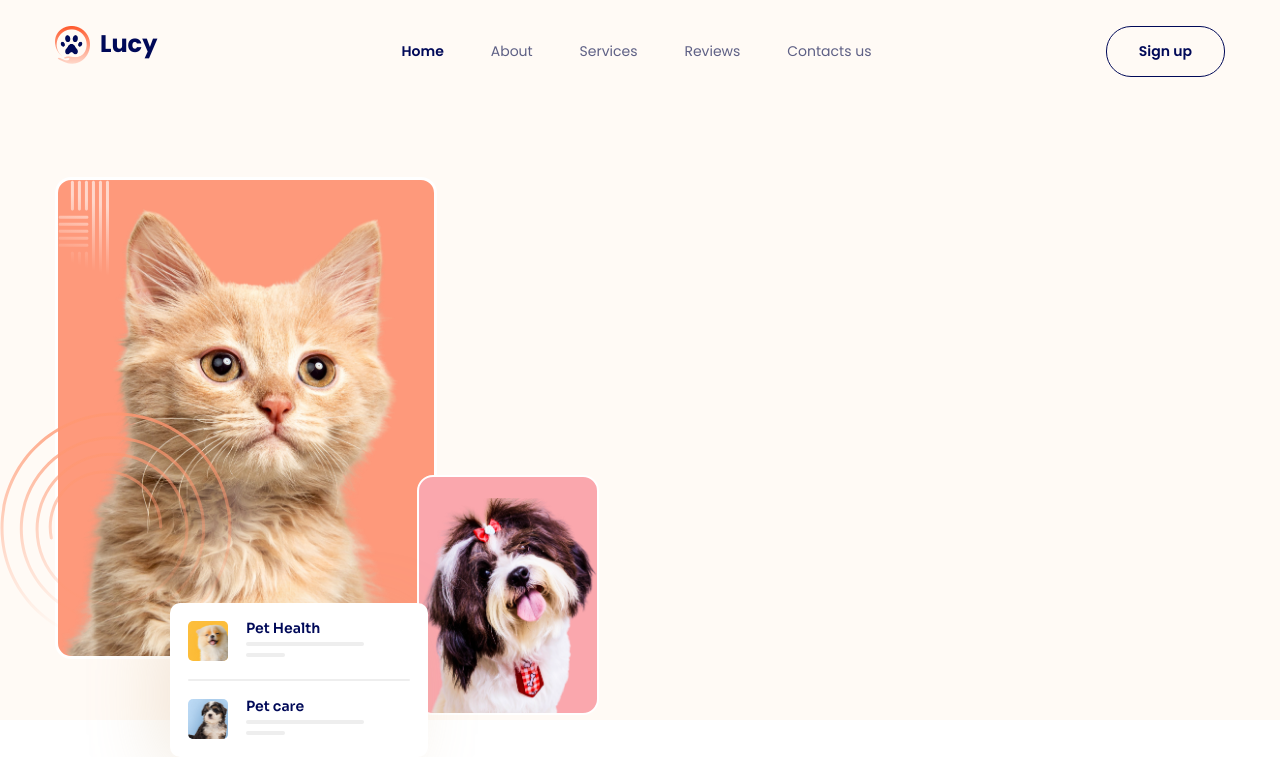
Repository: Cuongquaidan/F8projeact-04
Page: index.html
The author's editor kept a copy of each file at every save. The page is drawn from the files as they stood at one save, then again after the next save.
The browser window is 1280 px wide. The pictures show the whole page.

Above is the page before, as saved 2023-04-15 09:15:33.

After the next save:
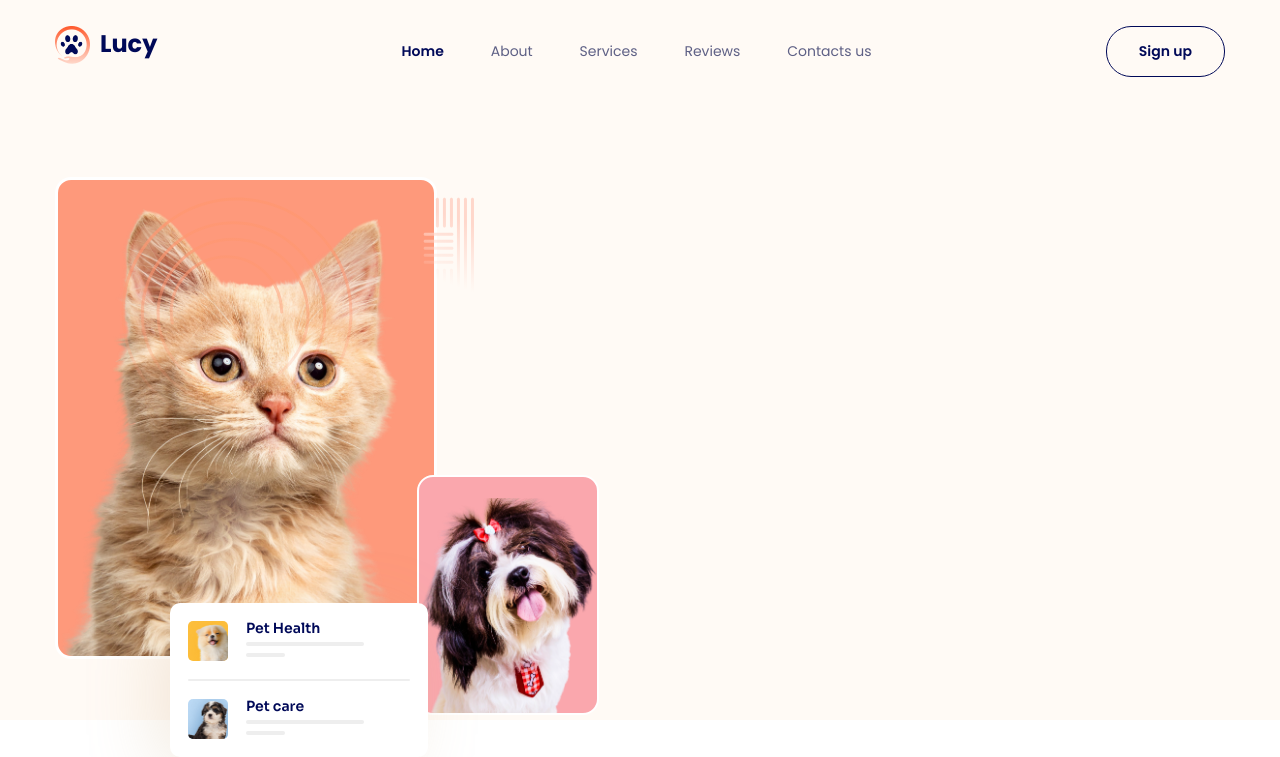
Saved 22 s later.
--- a/asset/css/styles.css
+++ b/asset/css/styles.css
@@ -116,6 +116,8 @@ a {
 }
 .main-card__decor {
     position: absolute;
+    top: 17px;
+    right: -40px;
 }
 .main-card__decor:nth-child(3) {
     position: absolute;
